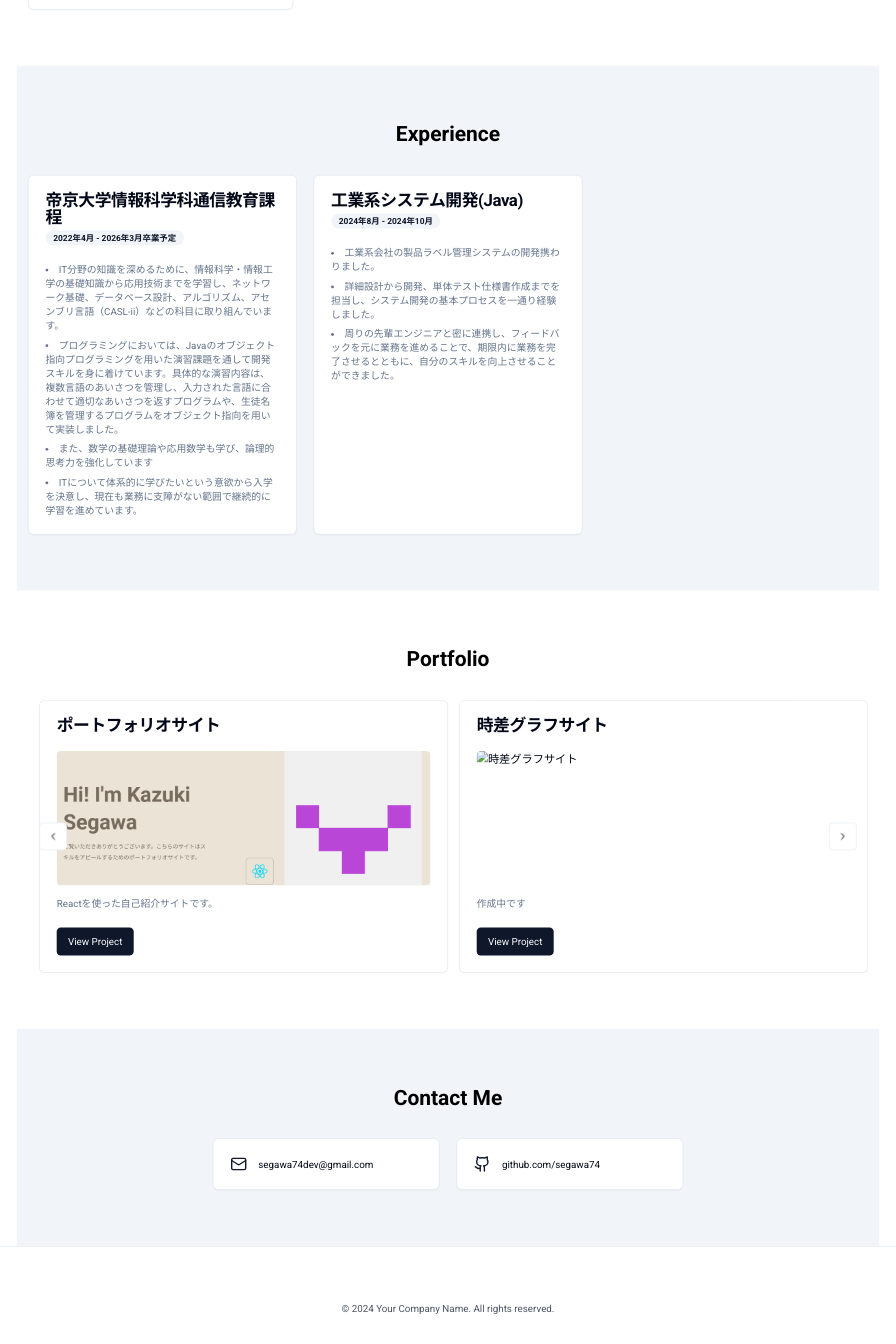
Repository: segawa74/SegawaSite
Page: /
The author's editor kept a copy of each file at every save. The page is drawn from the files as they stood at one save, then again after the next save.
The browser window is 1280 px wide. The pictures show the part of the page from y = 1047 to 2967 px (the page is 2980 px tall before and 2960 px after), at 70% of full size.
The project was rebuilt for these pictures with package versions that can differ from the ones it lists, and the page was loaded fresh each time. Also part of the build but not shown: vite.config.ts.

Above is the page before, as saved 2024-10-24 11:10:05.

### index.html
<!DOCTYPE html>
<html lang="en">
  <head>
    <meta charset="UTF-8" />
    <link rel="icon" type="image/svg+xml" href="/vite.svg" />
    <link
      href="https://fonts.googleapis.com/css2?family=Roboto:wght@400;700&family=Noto+Sans+JP:wght@400;700&display=swap"
      rel="stylesheet"
    />

    <meta name="viewport" content="width=device-width, initial-scale=1.0" />
    <title>Segawa Site</title>
  </head>
  <body>
    <div id="root"></div>
    <script type="module" src="/src/main.tsx"></script>
  </body>
</html>

### src/main.tsx
import { StrictMode } from "react";
import { createRoot } from "react-dom/client";
import App from "./App.js";
import "./index.css";
import "slick-carousel/slick/slick.css";
import "slick-carousel/slick/slick-theme.css";

const rootElement = document.getElementById("root");

if (rootElement) {
  createRoot(rootElement).render(
    <StrictMode>
      <App />
    </StrictMode>
  );
} else {
  console.error("Root element not found");
}

### src/App.tsx
import "./App.css";
import Hero from "./components/Hero/Hero";
import Navbar from "./components/Navbar/Navbar";
import Skills from "./components/Skills/Skills";
import Experience from "./components/Experience/Experience";
import Portfolio from "./components/Portfolio/Portfolio";
import ContactMe from "./components/ContactMe/ContactMe";
import Footer from "./components/Footer/Footer";

function App() {
  return (
    <>
      <Navbar />
      <div className="container">
        <Hero />
        <Skills />
        <Experience />
        <Portfolio />
        <ContactMe />
      </div>
      <Footer />
    </>
  );
}

export default App;

### src/index.css
@import url("https://fonts.googleapis.com/css2?family=Material+Symbols+Outlined");

@tailwind base;
@tailwind components;
@tailwind utilities;

* {
  font-family: Roboto, 'Noto Sans JP', sans-serif;
  margin: 0;
  box-sizing: border-box;
}

body {

  color: #000000;
  background-color: #ffffff;
}

@layer base {
  :root {
    --background: 0 0% 100%;
    --foreground: 222.2 84% 4.9%;
    --card: 0 0% 100%;
    --card-foreground: 222.2 84% 4.9%;
    --popover: 0 0% 100%;
    --popover-foreground: 222.2 84% 4.9%;
    --primary: 222.2 47.4% 11.2%;
    --primary-foreground: 210 40% 98%;
    --secondary: 210 40% 96.1%;
    --secondary-foreground: 222.2 47.4% 11.2%;
    --muted: 210 40% 96.1%;
    --muted-foreground: 215.4 16.3% 46.9%;
    --accent: 210 40% 96.1%;
    --accent-foreground: 222.2 47.4% 11.2%;
    --destructive: 0 84.2% 60.2%;
    --destructive-foreground: 210 40% 98%;
    --border: 214.3 31.8% 91.4%;
    --input: 214.3 31.8% 91.4%;
    --ring: 222.2 84% 4.9%;
    --chart-1: 12 76% 61%;
    --chart-2: 173 58% 39%;
    --chart-3: 197 37% 24%;
    --chart-4: 43 74% 66%;
    --chart-5: 27 87% 67%;
    --radius: 0.5rem;
  }

  .dark {
    --background: 222.2 84% 4.9%;
    --foreground: 210 40% 98%;
    --card: 222.2 84% 4.9%;
    --card-foreground: 210 40% 98%;
    --popover: 222.2 84% 4.9%;
    --popover-foreground: 210 40% 98%;
    --primary: 210 40% 98%;
    --primary-foreground: 222.2 47.4% 11.2%;
    --secondary: 217.2 32.6% 17.5%;
    --secondary-foreground: 210 40% 98%;
    --muted: 217.2 32.6% 17.5%;
    --muted-foreground: 215 20.2% 65.1%;
    --accent: 217.2 32.6% 17.5%;
    --accent-foreground: 210 40% 98%;
    --destructive: 0 62.8% 30.6%;
    --destructive-foreground: 210 40% 98%;
    --border: 217.2 32.6% 17.5%;
    --input: 217.2 32.6% 17.5%;
    --ring: 212.7 26.8% 83.9%;
    --chart-1: 220 70% 50%;
    --chart-2: 160 60% 45%;
    --chart-3: 30 80% 55%;
    --chart-4: 280 65% 60%;
    --chart-5: 340 75% 55%;
  }
}

@layer base {
  * {
    @apply border-border;
  }

  body {
    @apply bg-background text-foreground;
  }
}

### src/App.css
.container {
  max-width: 1300px !important;
  margin: 0 auto;
  position: relative;
}

@media (max-width: 1300px) {
  .container {
    padding: 0 1.5rem;
  }
}

@media (max-width: 1380px) {
  .container {
    padding: 0 1.5rem;
  }
}

### src/components/Hero/Hero.tsx
import { Button } from "@/components/ui/button";
import { motion } from "framer-motion";

const techIcons = [
  { src: "/assets/images/img01.png", alt: "Technology 1" },
  { src: "/assets/images/img02.png", alt: "Technology 2" },
  { src: "/assets/images/img03.png", alt: "Technology 3" },
  { src: "/assets/images/img04.png", alt: "Technology 4" },
];

const Hero: React.FC = () => {
  return (
    <section id="hero" className="py-20 md:py-32 bg-background">
      <div className="container mx-auto px-4 flex flex-col md:flex-row items-center justify-between">
        <motion.div
          initial={{ opacity: 0, y: 20 }}
          animate={{ opacity: 1, y: 0 }}
          transition={{ duration: 0.5 }}
          className="md:w-1/2 mb-10 md:mb-0"
        >
          <h1 className="text-4xl md:text-5xl font-bold mb-4 text-foreground">
            Hi! I&apos;m Kazuki Segawa
          </h1>
          <p className="text-lg mb-6 text-muted-foreground">
            ご覧いただきありがとうございます。こちらのサイトはスキルをアピールするためのポートフォリオサイトです。
          </p>
          <Button asChild>
            <a href="#contact">お問い合わせ</a>
          </Button>
        </motion.div>

        <motion.div
          initial={{ opacity: 0, scale: 0.9 }}
          animate={{ opacity: 1, scale: 1 }}
          transition={{ duration: 0.5 }}
          className="md:w-1/2 flex flex-col items-center"
        >
          <div className="relative mb-8">
            <img
              src="/assets/images/identicon.png"
              alt="Kazuki Segawa"
              className="w-48 h-48 rounded-full shadow-lg"
            />
          </div>
          <div className="grid grid-cols-4 gap-4">
            {techIcons.map((icon, index) => (
              <motion.div
                key={index}
                initial={{ opacity: 0, y: 20 }}
                animate={{ opacity: 1, y: 0 }}
                transition={{ duration: 0.5, delay: index * 0.1 }}
              >
                <img
                  src={icon.src}
                  alt={icon.alt}
                  className="w-12 h-12 object-contain"
                />
              </motion.div>
            ))}
          </div>
        </motion.div>
      </div>
    </section>
  );
};

export default Hero;

### src/components/Navbar/Navbar.tsx
"use client";

import * as React from "react";
import { Link } from "react-scroll";
import { Menu } from "lucide-react";
import { Button } from "@/components/ui/button";
import { Sheet, SheetContent, SheetTrigger } from "@/components/ui/sheet";
import { cn } from "@/lib/utils";

const menuItems = [
  { name: "Home", to: "hero", offset: -80 },
  { name: "Skills", to: "skills", offset: -120 },
  { name: "Experience", to: "exp", offset: -100 },
  { name: "Portfolio", to: "pf", offset: -100 },
  { name: "Contact Me", to: "contact-me", offset: -100 },
];

export function NavBar() {
  const [activeSection, setActiveSection] = React.useState("");

  const handleSetActive = (to: string) => {
    setActiveSection(to);
  };

  return (
    <nav className="sticky top-0 z-30 w-full backdrop-blur-sm bg-background/80 border-b border-border">
      <div className="container flex h-16 items-center justify-between">
        <div className="flex items-center space-x-4 hidden md:flex">
          {menuItems.map((item) => (
            <Link
              key={item.to}
              activeClass="text-primary font-semibold"
              to={item.to}
              spy={true}
              smooth={true}
              offset={item.offset}
              onSetActive={() => handleSetActive(item.to)}
              className={cn(
                "text-sm font-medium transition-colors hover:text-primary",
                activeSection === item.to
                  ? "text-primary font-semibold"
                  : "text-muted-foreground"
              )}
            >
              {item.name}
            </Link>
          ))}
        </div>
        <Sheet>
          <SheetTrigger asChild>
            <Button variant="outline" size="icon" className="md:hidden ml-auto">
              <Menu className="h-5 w-5" />
              <span className="sr-only">Toggle menu</span>
            </Button>
          </SheetTrigger>
          <SheetContent side="right">
            <MobileNav />
          </SheetContent>
        </Sheet>
      </div>
    </nav>
  );
}

function MobileNav() {
  return (
    <div className="flex flex-col space-y-4 mt-4">
      {menuItems.map((item) => (
        <Link
          key={item.to}
          to={item.to}
          spy={true}
          smooth={true}
          offset={item.offset}
          className="text-sm font-medium transition-colors hover:text-primary"
        >
          {item.name}
        </Link>
      ))}
    </div>
  );
}

export default NavBar;

### src/components/Experience/Experience.tsx
import { EXPERIENCE } from "../../utils/data";
import ExperienceCard from "./ExperienceCard/ExperienceCard";

const Experience: React.FC = () => {
  return (
    <section id="exp" className="py-20 bg-muted">
      <div className="container mx-auto px-4">
        <h2 className="text-3xl font-bold text-center mb-10">Experience</h2>
        <div className="grid gap-6 md:grid-cols-2 lg:grid-cols-3">
          {EXPERIENCE.map((item, index) => (
            <ExperienceCard key={index} details={item} />
          ))}
        </div>
      </div>
    </section>
  );
};

export default Experience;

### src/components/ContactMe/ContactMe.tsx
import React from "react";
import { Mail, Github } from "lucide-react";
import ContactInfoCard from "./ContactInfoCard/ContactInfoCard";

const ContactMe: React.FC = () => {
  return (
    <section id="contact-me" className="py-20 bg-muted">
      <div className="container mx-auto px-4">
        <h2 className="text-3xl font-bold text-center mb-10">Contact Me</h2>
        <div className="grid gap-6 md:grid-cols-2 max-w-2xl mx-auto">
          <ContactInfoCard
            icon={<Mail className="w-6 h-6" />}
            text="segawa74dev@gmail.com"
            href="mailto:segawa74dev@gmail.com"
          />
          <ContactInfoCard
            icon={<Github className="w-6 h-6" />}
            text="github.com/segawa74"
            href="https://github.com/segawa74"
          />
        </div>
      </div>
    </section>
  );
};

export default ContactMe;

### src/components/Footer/Footer.tsx
import { Separator } from "@/components/ui/separator";

const Footer: React.FC = () => {
  return (
    <footer className="bg-white text-gray-600">
      <Separator className="mb-6" />
      <div className="container mx-auto px-4 py-8">
        <div className="flex justify-center items-center h-16">
          <p className="text-sm">
            &copy; 2024 Your Company Name. All rights reserved.
          </p>
        </div>
      </div>
    </footer>
  );
};

export default Footer;

### src/components/ui/button.tsx
import * as React from "react"
import { Slot } from "@radix-ui/react-slot"
import { cva, type VariantProps } from "class-variance-authority"

import { cn } from "@/lib/utils"

const buttonVariants = cva(
  "inline-flex items-center justify-center gap-2 whitespace-nowrap rounded-md text-sm font-medium ring-offset-background transition-colors focus-visible:outline-none focus-visible:ring-2 focus-visible:ring-ring focus-visible:ring-offset-2 disabled:pointer-events-none disabled:opacity-50 [&_svg]:pointer-events-none [&_svg]:size-4 [&_svg]:shrink-0",
  {
    variants: {
      variant: {
        default: "bg-primary text-primary-foreground hover:bg-primary/90",
        destructive:
          "bg-destructive text-destructive-foreground hover:bg-destructive/90",
        outline:
          "border border-input bg-background hover:bg-accent hover:text-accent-foreground",
        secondary:
          "bg-secondary text-secondary-foreground hover:bg-secondary/80",
        ghost: "hover:bg-accent hover:text-accent-foreground",
        link: "text-primary underline-offset-4 hover:underline",
      },
      size: {
        default: "h-10 px-4 py-2",
        sm: "h-9 rounded-md px-3",
        lg: "h-11 rounded-md px-8",
        icon: "h-10 w-10",
      },
    },
    defaultVariants: {
      variant: "default",
      size: "default",
    },
  }
)

export interface ButtonProps
  extends React.ButtonHTMLAttributes<HTMLButtonElement>,
    VariantProps<typeof buttonVariants> {
  asChild?: boolean
}

const Button = React.forwardRef<HTMLButtonElement, ButtonProps>(
  ({ className, variant, size, asChild = false, ...props }, ref) => {
    const Comp = asChild ? Slot : "button"
    return (
      <Comp
        className={cn(buttonVariants({ variant, size, className }))}
        ref={ref}
        {...props}
      />
    )
  }
)
Button.displayName = "Button"

export { Button, buttonVariants }

### src/components/ui/card.tsx
import * as React from "react"

import { cn } from "@/lib/utils"

const Card = React.forwardRef<
  HTMLDivElement,
  React.HTMLAttributes<HTMLDivElement>
>(({ className, ...props }, ref) => (
  <div
    ref={ref}
    className={cn(
      "rounded-lg border bg-card text-card-foreground shadow-sm",
      className
    )}
    {...props}
  />
))
Card.displayName = "Card"

const CardHeader = React.forwardRef<
  HTMLDivElement,
  React.HTMLAttributes<HTMLDivElement>
>(({ className, ...props }, ref) => (
  <div
    ref={ref}
    className={cn("flex flex-col space-y-1.5 p-6", className)}
    {...props}
  />
))
CardHeader.displayName = "CardHeader"

const CardTitle = React.forwardRef<
  HTMLParagraphElement,
  React.HTMLAttributes<HTMLHeadingElement>
>(({ className, ...props }, ref) => (
  <h3
    ref={ref}
    className={cn(
      "text-2xl font-semibold leading-none tracking-tight",
      className
    )}
    {...props}
  />
))
CardTitle.displayName = "CardTitle"

const CardDescription = React.forwardRef<
  HTMLParagraphElement,
  React.HTMLAttributes<HTMLParagraphElement>
>(({ className, ...props }, ref) => (
  <p
    ref={ref}
    className={cn("text-sm text-muted-foreground", className)}
    {...props}
  />
))
CardDescription.displayName = "CardDescription"

const CardContent = React.forwardRef<
  HTMLDivElement,
  React.HTMLAttributes<HTMLDivElement>
>(({ className, ...props }, ref) => (
  <div ref={ref} className={cn("p-6 pt-0", className)} {...props} />
))
CardContent.displayName = "CardContent"

const CardFooter = React.forwardRef<
  HTMLDivElement,
  React.HTMLAttributes<HTMLDivElement>
>(({ className, ...props }, ref) => (
  <div
    ref={ref}
    className={cn("flex items-center p-6 pt-0", className)}
    {...props}
  />
))
CardFooter.displayName = "CardFooter"

export { Card, CardHeader, CardFooter, CardTitle, CardDescription, CardContent }

### src/components/ui/badge.tsx
import * as React from "react"
import { cva, type VariantProps } from "class-variance-authority"

import { cn } from "@/lib/utils"

const badgeVariants = cva(
  "inline-flex items-center rounded-full border px-2.5 py-0.5 text-xs font-semibold transition-colors focus:outline-none focus:ring-2 focus:ring-ring focus:ring-offset-2",
  {
    variants: {
      variant: {
        default:
          "border-transparent bg-primary text-primary-foreground hover:bg-primary/80",
        secondary:
          "border-transparent bg-secondary text-secondary-foreground hover:bg-secondary/80",
        destructive:
          "border-transparent bg-destructive text-destructive-foreground hover:bg-destructive/80",
        outline: "text-foreground",
      },
    },
    defaultVariants: {
      variant: "default",
    },
  }
)

export interface BadgeProps
  extends React.HTMLAttributes<HTMLDivElement>,
    VariantProps<typeof badgeVariants> {}

function Badge({ className, variant, ...props }: BadgeProps) {
  return (
    <div className={cn(badgeVariants({ variant }), className)} {...props} />
  )
}

export { Badge, badgeVariants }

### src/components/Experience/ExperienceCard/ExperienceCard.tsx
import { Card, CardContent, CardHeader, CardTitle } from "@/components/ui/card";
import { Badge } from "@/components/ui/badge";

interface ExperienceDetails {
  title: string;
  date: string;
  responsibilities: string[];
}

const ExperienceCard: React.FC<{ details: ExperienceDetails }> = ({
  details,
}) => {
  return (
    <Card className="h-full">
      <CardHeader>
        <CardTitle>{details.title}</CardTitle>
        <Badge variant="secondary" className="w-fit">
          {details.date}
        </Badge>
      </CardHeader>
      <CardContent>
        <ul className="list-disc list-inside space-y-2">
          {details.responsibilities.map((item, index) => (
            <li key={index} className="text-sm text-muted-foreground">
              {item}
            </li>
          ))}
        </ul>
      </CardContent>
    </Card>
  );
};

export default ExperienceCard;

### src/components/ContactMe/ContactInfoCard/ContactInfoCard.tsx
import React from "react";
import { Card, CardContent } from "@/components/ui/card";

interface ContactInfoCardProps {
  icon: React.ReactNode;
  text: string;
  href: string;
}

const ContactInfoCard: React.FC<ContactInfoCardProps> = ({
  icon,
  text,
  href,
}) => {
  return (
    <Card>
      <CardContent className="flex items-center p-6">
        <div className="mr-4 text-primary">{icon}</div>
        <a
          href={href}
          target="_blank"
          rel="noopener noreferrer"
          className="text-sm hover:underline"
        >
          {text}
        </a>
      </CardContent>
    </Card>
  );
};

export default ContactInfoCard;

### src/components/ui/separator.tsx
import * as React from "react"
import * as SeparatorPrimitive from "@radix-ui/react-separator"

import { cn } from "@/lib/utils"

const Separator = React.forwardRef<
  React.ElementRef<typeof SeparatorPrimitive.Root>,
  React.ComponentPropsWithoutRef<typeof SeparatorPrimitive.Root>
>(
  (
    { className, orientation = "horizontal", decorative = true, ...props },
    ref
  ) => (
    <SeparatorPrimitive.Root
      ref={ref}
      decorative={decorative}
      orientation={orientation}
      className={cn(
        "shrink-0 bg-border",
        orientation === "horizontal" ? "h-[1px] w-full" : "h-full w-[1px]",
        className
      )}
      {...props}
    />
  )
)
Separator.displayName = SeparatorPrimitive.Root.displayName

export { Separator }

Loaded but not shown: src/lib/utils.ts (common file); tailwind.config.js (57 lines, source omitted); src/components/ui/sheet.tsx (138 lines, source omitted); src/components/Skills/Skills.tsx (101 lines, source omitted); src/utils/data.ts (101 lines, source omitted); src/components/Portfolio/Portfolio.tsx (99 lines, source omitted)

After the next save:
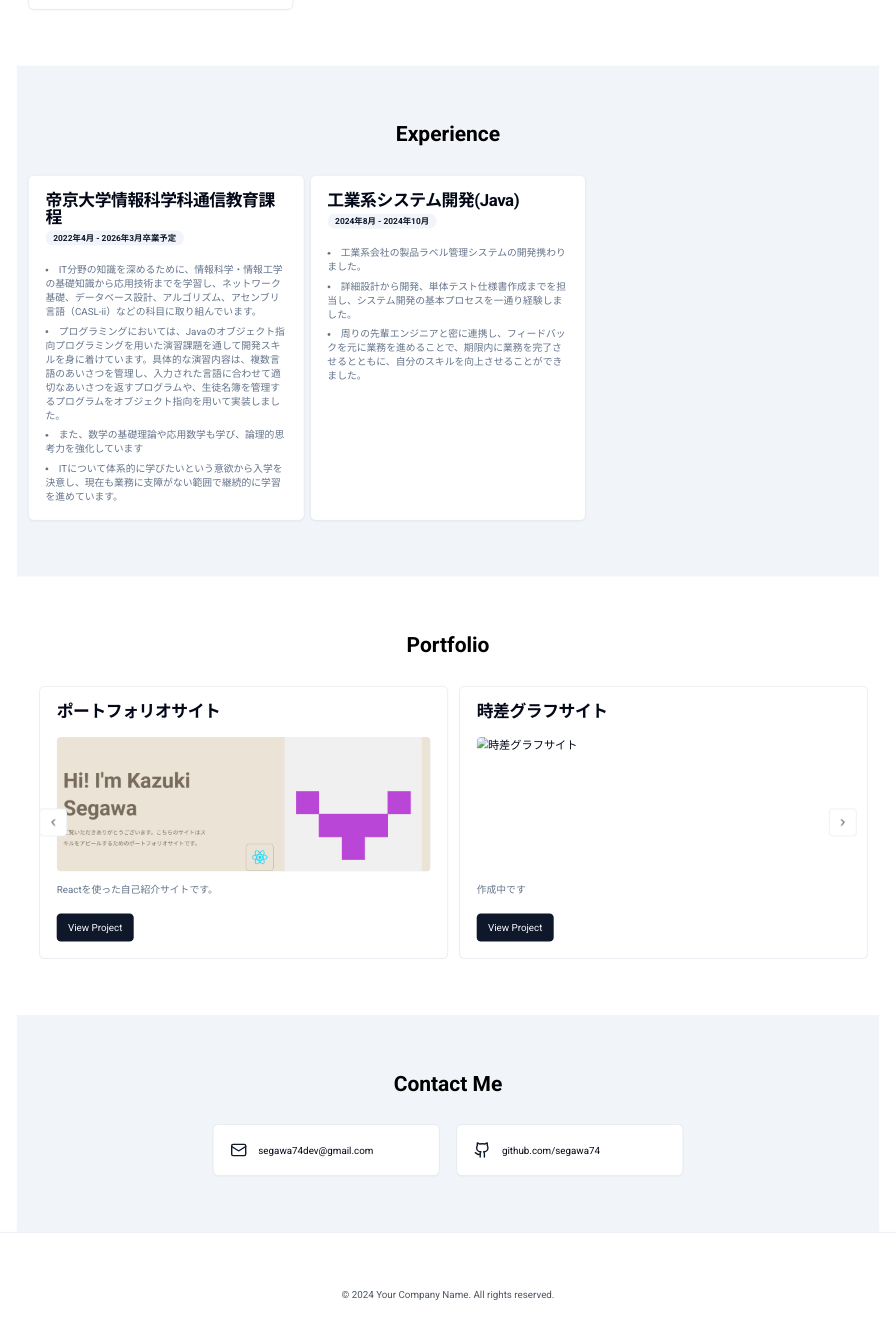
Saved 26 s later.
--- a/src/components/Experience/Experience.tsx
+++ b/src/components/Experience/Experience.tsx
@@ -6,7 +6,7 @@
     <section id="exp" className="py-20 bg-muted">
       <div className="container mx-auto px-4">
         <h2 className="text-3xl font-bold text-center mb-10">Experience</h2>
-        <div className="grid gap-6 md:grid-cols-2 lg:grid-cols-3">
+        <div className="grid gap-2 md:grid-cols-2 lg:grid-cols-3">
           {EXPERIENCE.map((item, index) => (
             <ExperienceCard key={index} details={item} />
           ))}

After the save that followed:
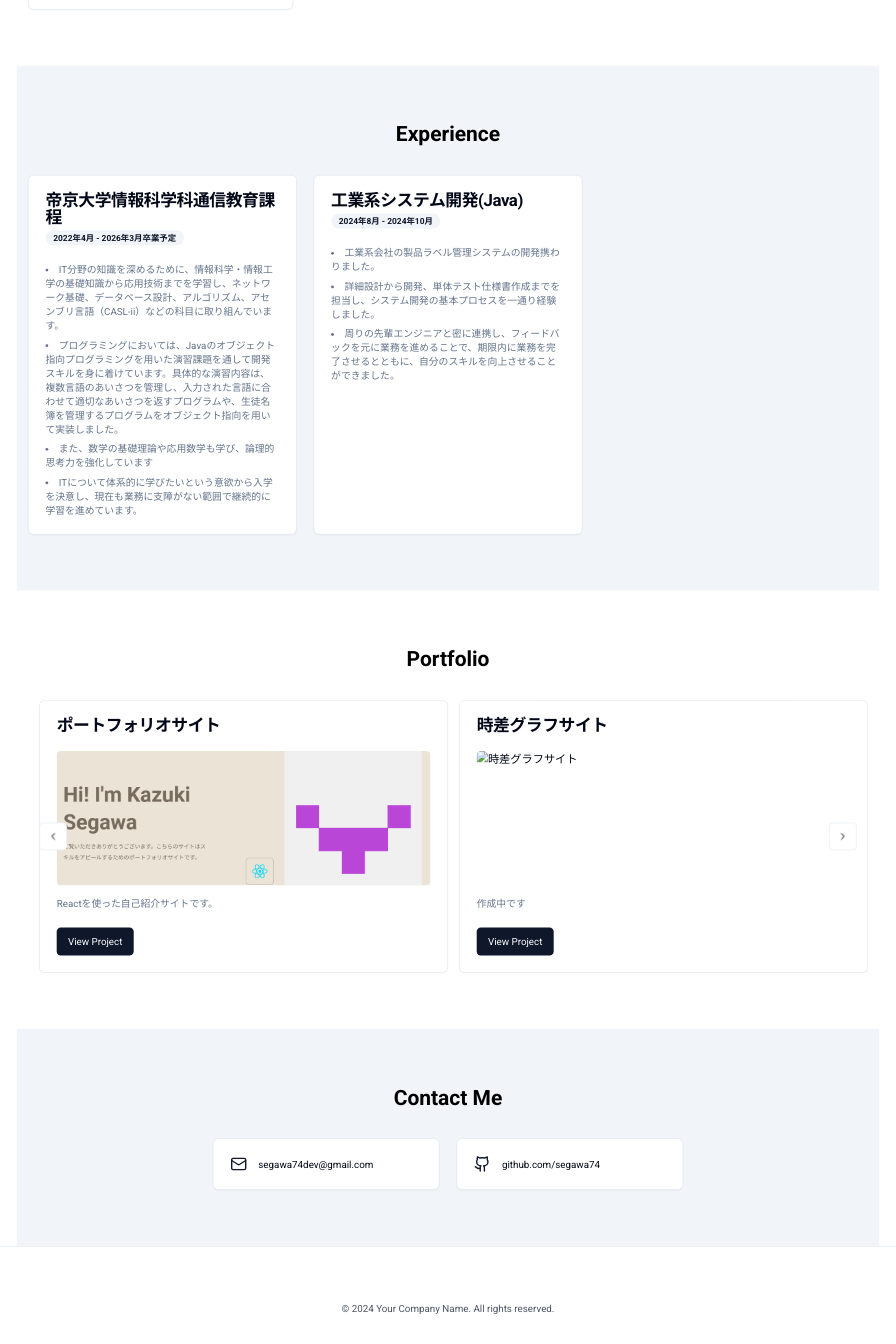
Saved 14 s later.
--- a/src/components/Experience/Experience.tsx
+++ b/src/components/Experience/Experience.tsx
@@ -6,7 +6,7 @@
     <section id="exp" className="py-20 bg-muted">
       <div className="container mx-auto px-4">
         <h2 className="text-3xl font-bold text-center mb-10">Experience</h2>
-        <div className="grid gap-2 md:grid-cols-2 lg:grid-cols-3">
+        <div className="grid gap-6 md:grid-cols-2 lg:grid-cols-3">
           {EXPERIENCE.map((item, index) => (
             <ExperienceCard key={index} details={item} />
           ))}
